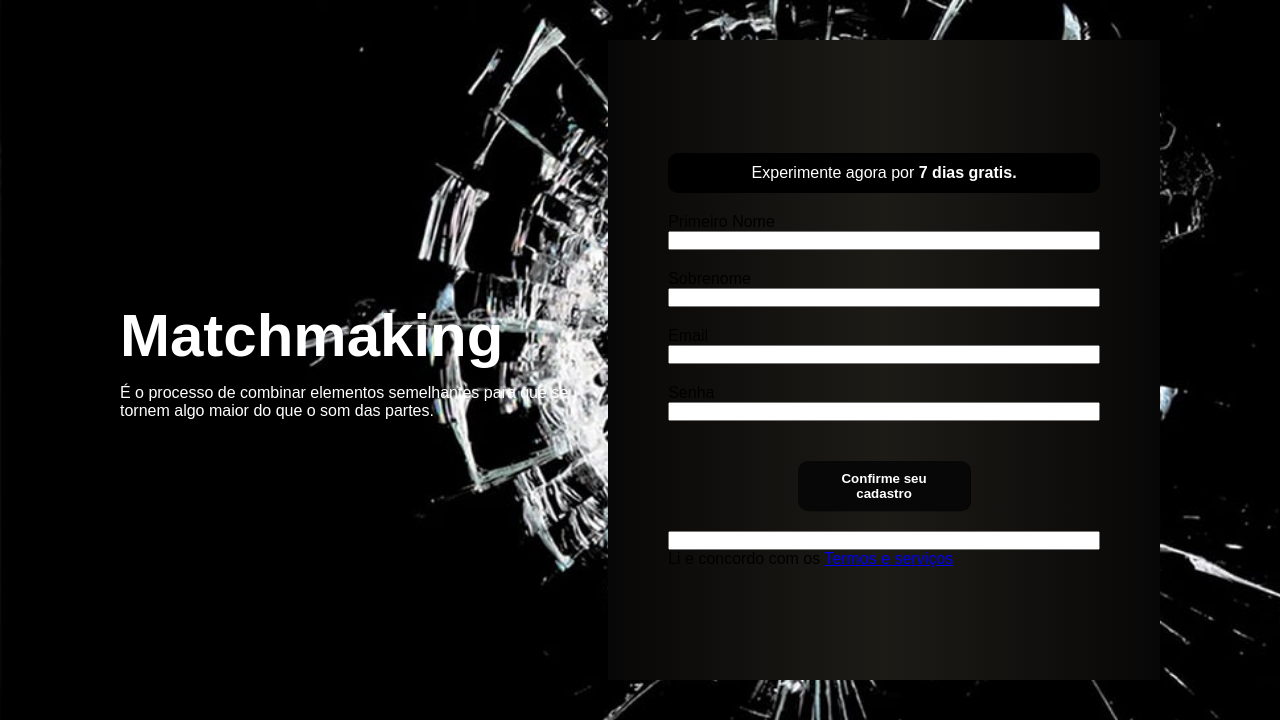
Repository: analessp/tela-login
Page: index.html
The author's editor kept a copy of each file at every save. The page is drawn from the files as they stood at one save, then again after the next save.
The browser window is 1280 px wide. The pictures show the whole page.
Some web fonts or font styles are not loaded; a fallback is used.

Above is the page before, as saved 2025-04-16 11:31:04.

After the next save:
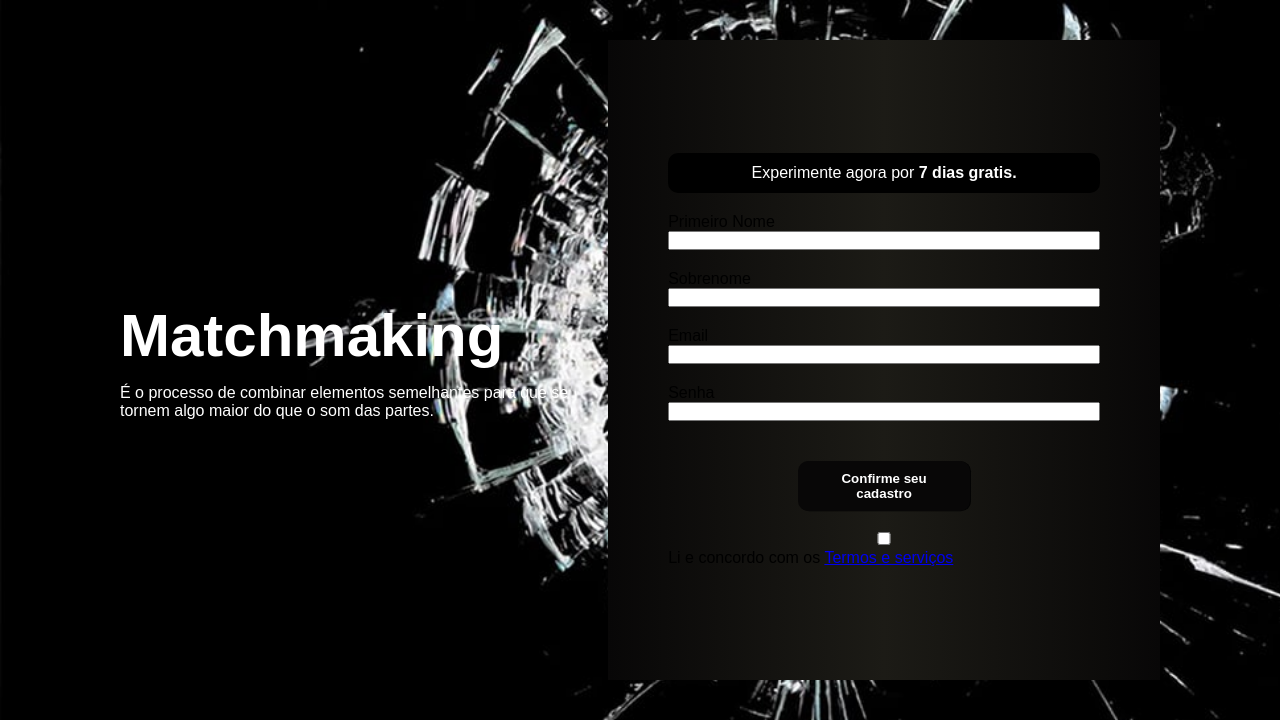
Saved 8 s later.
--- a/index.html
+++ b/index.html
@@ -54,7 +54,7 @@
                 <p>Confirme seu cadastro</p>
             </button>
             <div>
-                <input type="terms">
+                <input type="checkbox">
                 <p>
                     Li e concordo com os <a href="#">Termos e serviços</a>
                 </p>
